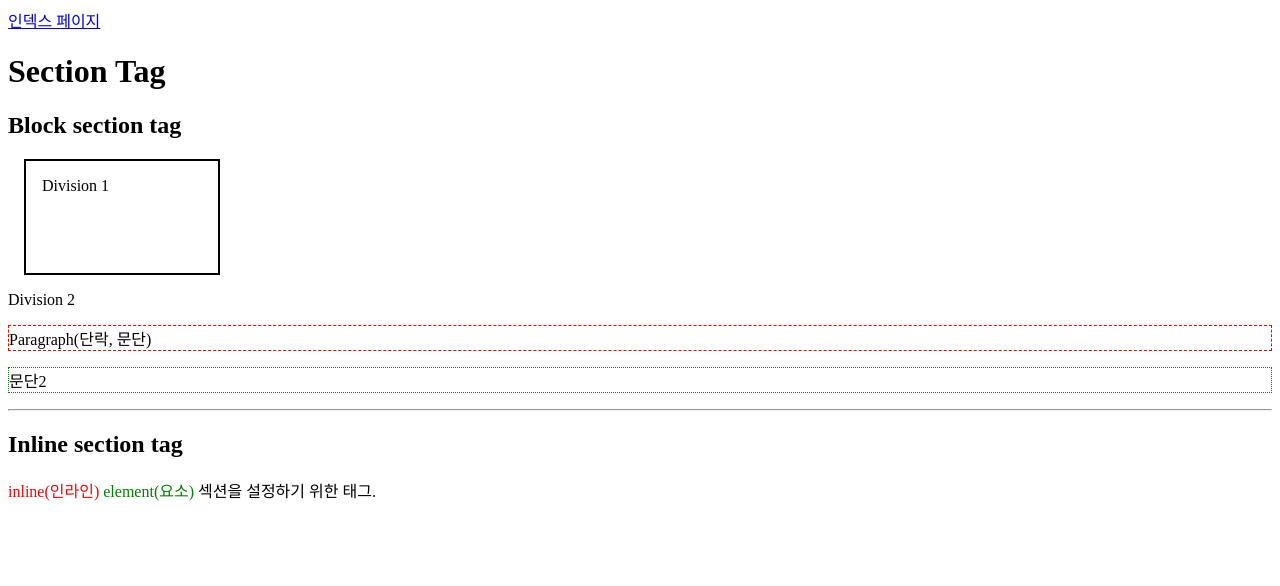
Repository: Sid0130/HTML
Page: lab-web/lab01_html/src/main/webapp/section.html
An editor plug-in stored every save of this project. The page is shown before and after the next save, followed by the edit.
The browser window is 1280 px wide. The pictures show the whole page.

Above is the page before, as saved 2024-12-03 03:02:34.

After the next save:
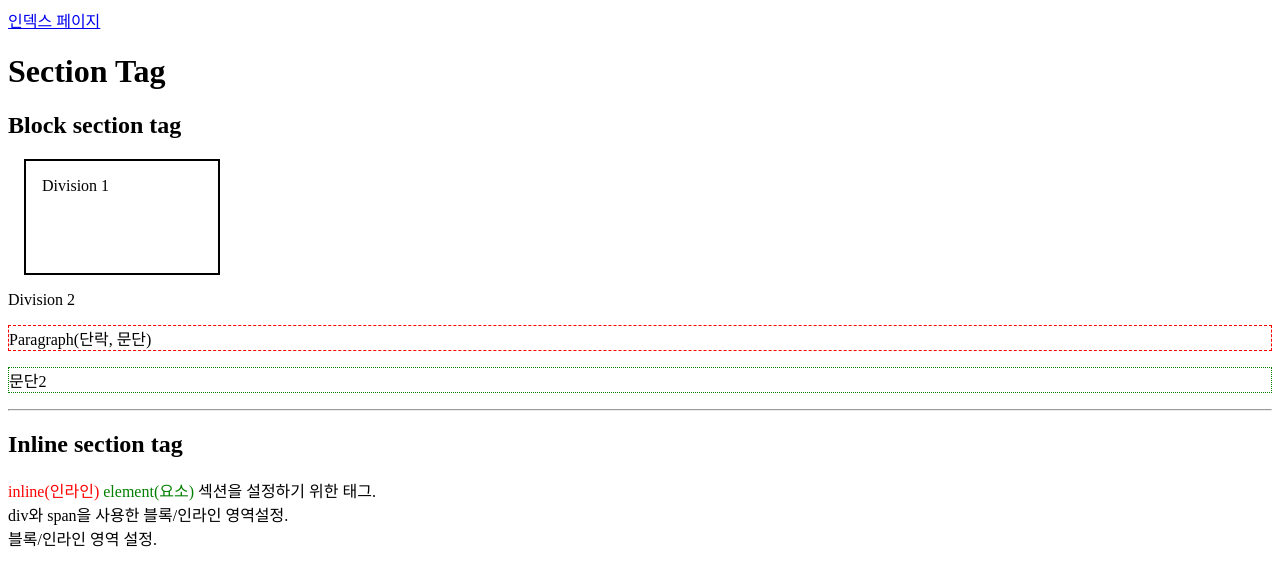
Saved 75 s later.
--- a/lab-web/lab01_html/src/main/webapp/section.html
+++ b/lab-web/lab01_html/src/main/webapp/section.html
@@ -26,7 +26,10 @@
             <span style="width: 160px; height: 80px; color: red;">inline(인라인)</span>
             <span style="color: green;">element(요소)</span>
             섹션을 설정하기 위한 태그.
-            <br/><!-- line braek: 줄바꿈 -->
+            <br /><!-- line braek: 줄바꿈 -->
+            div와 span을 사용한 블록/인라인 영역설정.
+            <br />
+            블록/인라인 영역 설정.
 
 
         </body>
